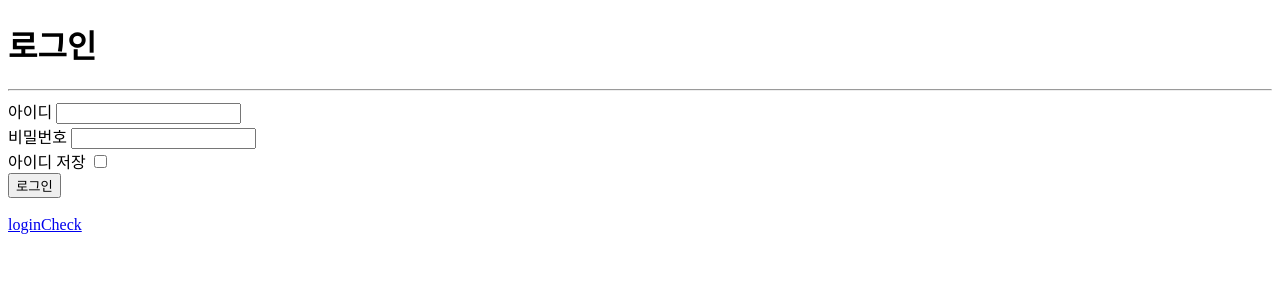
Repository: hhw9797/bitcampjn201904
Page: http://localhost/FirstWeb/cookie/member/loginForm.jsp
The author's editor kept a copy of each file at every save. The page is drawn from the files as they stood at one save, then again after the next save.
The browser window is 1280 px wide. The pictures show the whole page.
The page is served by Tomcat 9.

Above is the page before, as saved 2019-06-26 02:39:56.

After the next save:
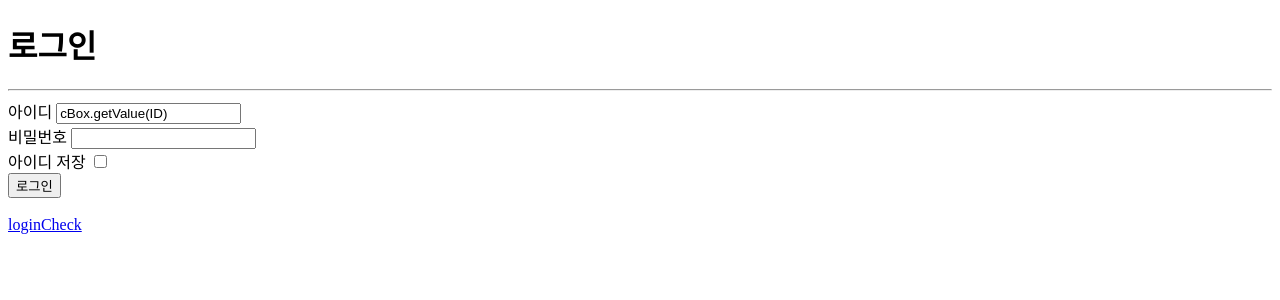
Saved 3 min 2 s later.
--- a/html/html5/jsp/FirstWeb/WebContent/cookie/member/loginForm.jsp
+++ b/html/html5/jsp/FirstWeb/WebContent/cookie/member/loginForm.jsp
@@ -14,7 +14,7 @@
 	<h1>로그인</h1>
 	<hr>
 	<form action="login.jsp" method="post">
-		아이디 <input type="text" name="id" value=> <br>
+		아이디 <input type="text" name="id" value=cBox.getValue(ID)> <br>
 		비밀번호 <input type="password" name="pw"> <br>
 		아이디 저장 <input type="checkbox" name="idSave"> <br>
 		<input type="submit" value="로그인"> <br>
